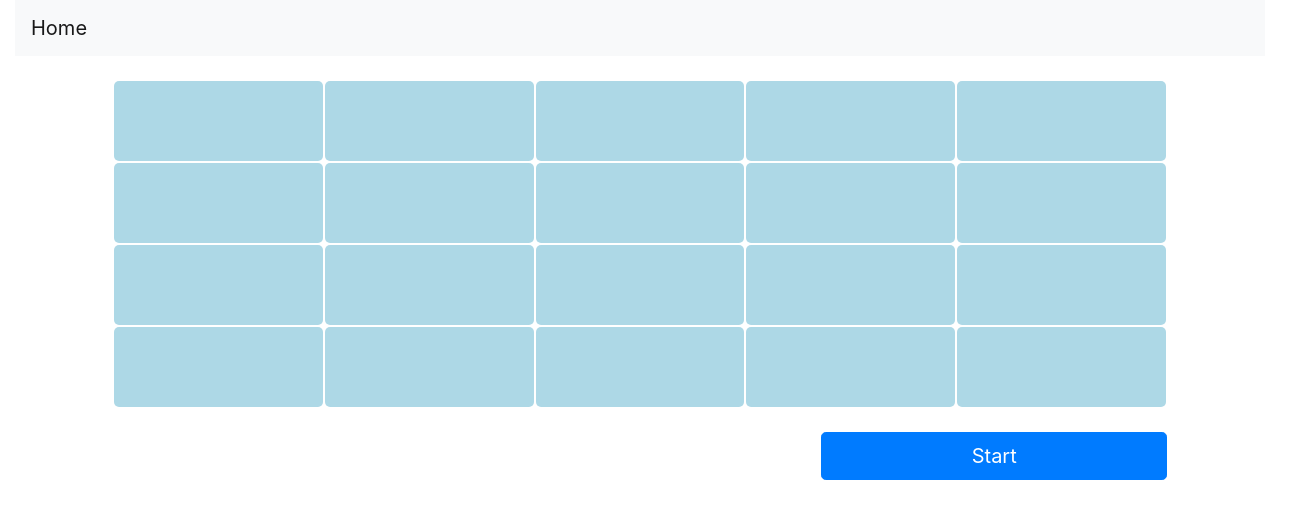
Repository: chrisrees85/memory-block
Page: hard.html
The author's editor kept a record of every edit. The page is drawn from the files as they stood at one moment, then again after the next edit.
The browser window is 1280 px wide. The page is 1295 px wide, so the pictures cover 1295 px, including what lies to the right of the window. The pictures show the whole page.

Above is the page before.

### hard.html
<!DOCTYPE html>
<html lang="en">

<head>
    <meta charset="UTF-8">
    <meta name="viewport" content="width=device-width, initial-scale=1.0">
    <meta http-equiv="X-UA-Compatible" content="ie=edge">
    <title>Memory Block</title>
    <link rel="stylesheet" href="https://stackpath.bootstrapcdn.com/bootstrap/4.3.1/css/bootstrap.min.css" integrity="sha384-ggOyR0iXCbMQv3Xipma34MD+dH/1fQ784/j6cY/iJTQUOhcWr7x9JvoRxT2MZw1T" crossorigin="anonymous">
    <link rel="stylesheet" href="assets/css/style.css" type="text/css" />
</head>

<body>
    <div class="container-fluid">
        <nav class="navbar navbar-light bg-light">
            <a class="navbar-brand" href="index.html">Home</a>
        </nav>
    </div>
    </br>
        <div class="board">
            <div class="row">
                <div class="col tiles"></div>
                <div class="col tiles"></div>
                <div class="col tiles"></div>
                <div class="col tiles"></div>
                <div class="col tiles"></div>
            </div>
            <div class="row">
                <div class="col tiles"></div>
                <div class="col tiles"></div>
                <div class="col tiles"></div>
                <div class="col tiles"></div>
                <div class="col tiles"></div>
            </div>
            <div class="row">
                <div class="col tiles"></div>
                <div class="col tiles"></div>
                <div class="col tiles"></div>
                <div class="col tiles"></div>
                <div class="col tiles"></div>
            </div>
            <div class="row">
                <div class="col tiles"></div>
                <div class="col tiles"></div>
                <div class="col tiles"></div>
                <div class="col tiles"></div>
                <div class="col tiles"></div>
            </div>
        </div>
        </br>
        <div class="row btn-right">

            <div id="btn"></div>

        </div>
    </div>

    <div class="modal fade" id="exampleModal" tabindex="-1" role="dialog" aria-labelledby="exampleModalLabel" aria-hidden="true">
        <div class="modal-dialog" role="document">
            <div class="modal-content">
                <div class="modal-header">
                    <h5 class="modal-title" id="modal-head"></h5>
                    <button type="button" class="close" data-dismiss="modal" aria-label="Close">
          <span aria-hidden="true">&times;</span>
        </button>
                </div>
                <div class="modal-body" id='modal-text'>
                </div>
                <div class="modal-footer" id="modal-btn">
                    <button  type="button" class="btn btn-secondary" data-dismiss="modal">Try Again</button>
                </div>
            </div>
        </div>
    </div>


    <script src="https://code.jquery.com/jquery-3.3.1.slim.min.js" integrity="sha384-q8i/X+965DzO0rT7abK41JStQIAqVgRVzpbzo5smXKp4YfRvH+8abtTE1Pi6jizo" crossorigin="anonymous"></script>
    <script src="https://cdnjs.cloudflare.com/ajax/libs/popper.js/1.14.7/umd/popper.min.js" integrity="sha384-UO2eT0CpHqdSJQ6hJty5KVphtPhzWj9WO1clHTMGa3JDZwrnQq4sF86dIHNDz0W1" crossorigin="anonymous"></script>
    <script src="https://stackpath.bootstrapcdn.com/bootstrap/4.3.1/js/bootstrap.min.js" integrity="sha384-JjSmVgyd0p3pXB1rRibZUAYoIIy6OrQ6VrjIEaFf/nJGzIxFDsf4x0xIM+B07jRM" crossorigin="anonymous"></script>
    <script type="text/javascript" src="assets/js/scripts.js"></script>
</body>

</html>

### assets/css/style.css
*{
  padding: 0;
  margin: 0;
  box-sizing: border-box;
}

.center{
    text-align: center;
}

.board{
  width:80vw;
  margin: auto;
}

.tiles{
  background-color: lightblue;
  height:80px;
  border-radius: 5px;
  margin:1px;
}

.btn-right{
  padding-right:10vw;
  float:right;
}

#btn,
#play-btn{
  width:27vw;
}

.green{
  background-color: green;
}

### assets/js/scripts.js
let tiles = Array.from(document.querySelectorAll('.tiles'));
let buttonDiv = document.getElementById('btn');
let tilesLength = tiles.length;
let score = 0;

// First function of the play button

function startButton() {
    buttonDiv.innerHTML = '<button type="button" class="btn btn-primary btn-lg" id="play-btn" onclick="onClick();">Start</button>';
}
startButton();

// Function performs when first button function is pressed

function onClick() {
    // Renders the button inactive so the user can't keep calling onClick function
    buttonDiv.innerHTML = '<button type="button" class="btn btn-primary btn-lg" id="play-btn">Timer Started</button>';

    // Countdown timer shown in the button text
    // Once time is up the buttons function changes to check users attempt
    let timeleft = 5;
    let countdownTimer = setInterval(function() {
        buttonDiv.innerHTML = '<button type="button" class="btn btn-primary btn-lg" id="play-btn"></button>';
        document.getElementById('play-btn').textContent = timeleft;
        timeleft -= 1;
        if (timeleft < 0) {
            clearInterval(countdownTimer);
            buttonDiv.innerHTML = '<button type="button" class="btn btn-primary btn-lg" id="play-btn" onclick="checkAttempt();" data-toggle="modal" data-target="#exampleModal">Check</button>';
        }
    }, 1000);

    // Shuffles the tiles array into a random order
    let i = tilesLength,
        rand, temp;
    while (--i > 0) {
        rand = Math.floor(Math.random() * (i + 1));
        temp = tiles[rand];
        tiles[rand] = tiles[i];
        tiles[i] = temp;
    }

    // Selects half of the shuffled array and adds the color class
    let bottomHalfTiles = tiles.slice(tilesLength / 2, tilesLength);
    bottomHalfTiles.forEach(function(i) {
        i.classList += (' green');
    });

    // Replaces the color class with an unused class after 6 seconds
    function clearBoard() {
        bottomHalfTiles.map(function(i) {
            i.classList.replace('green', 'in-play');
        });
    }
    setTimeout(clearBoard, 6000);
    console.log(tiles);

    // Activates the users ability to click and change the block color 6 seconds after the start button is pressed
    function allowUserClick() {
        tiles.forEach(function(i) {
            i.addEventListener('click', tileClicked);
        });

        function tileClicked() {
            this.classList.toggle('green');
        }
    }
    setTimeout(allowUserClick, 6000);
}


// Function checks the users answers on clicking the check button and displays a modal
function checkAttempt() {
    let modalBtn = document.getElementById('modal-btn');

    // Loops through the tiles array and increments 1 to the score if a condition is true
    function checkClasses() {
        tiles.forEach(function(it) {
            if ((it.classList.contains('in-play')) && (it.classList.contains('green'))) {
                score++;
            }
            else if ((it.classList.contains('tiles')) && (it.classList.contains('green')) && !(it.classList.contains('in-play'))) {
                score = tilesLength;
            }
        });
    }
    checkClasses();

    // Modal either gives a yes or no answer as to whether the user has succeeded
    if (score == tilesLength / 2) {
        document.getElementById('modal-head').textContent = ('CONGRATULATIONS');
        document.getElementById('modal-text').textContent = ('Your memory served you well');
        modalBtn.innerHTML = '<button type="button" class="btn btn-secondary" onclick="location.reload();">Play Again</button>';
    }else {
        document.getElementById('modal-head').textContent = ('OOPS, SORRY');
        document.getElementById('modal-text').textContent = ('Would you like to try again or Start New Game');
        modalBtn.innerHTML = '<button type="button" class="btn btn-secondary" data-dismiss="modal" onclick="reveal();">Reveal</button>';
    }
    // resets the score to 0 to keep the users attempt accurate
    score = 0;
}

function reveal(){
    revealStageTwo
    tiles.forEach(function(it){
        it.classList.remove('green');
    });
}

After the next edit:
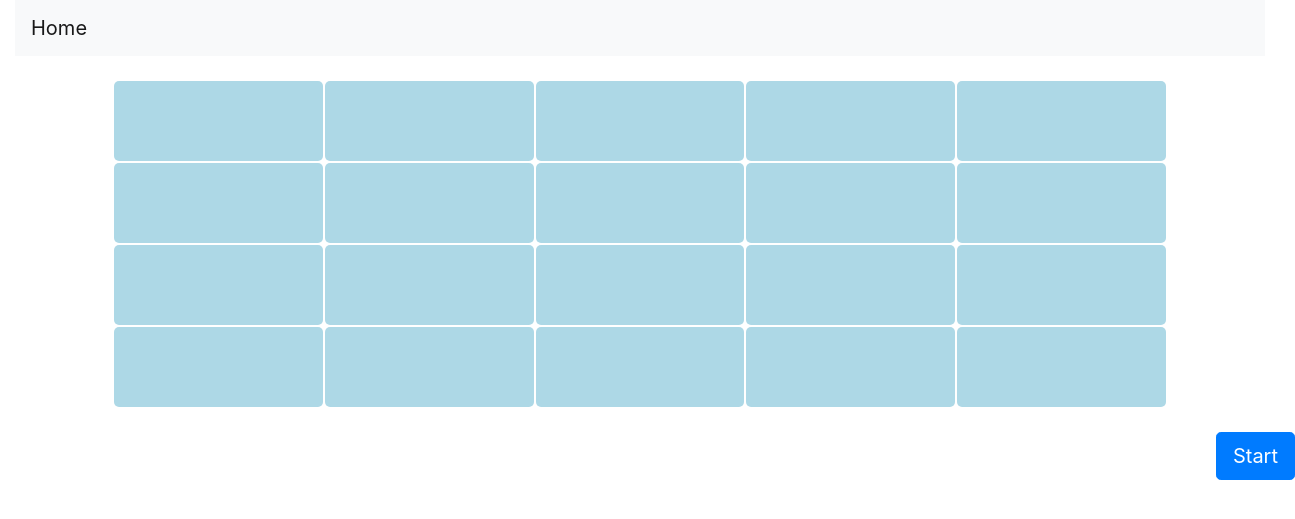
The edit:
--- a/assets/css/style.css
+++ b/assets/css/style.css
@@ -21,9 +21,19 @@
 }
 
 .btn-right{
-  padding-right:10vw;
   float:right;
 }
+
+.btn-easy{
+
+}
+
+.btn-med{
+
+}
+
+.btn-hard[
+]
 
 #btn,
 #play-btn{

After the 2 edits that followed:
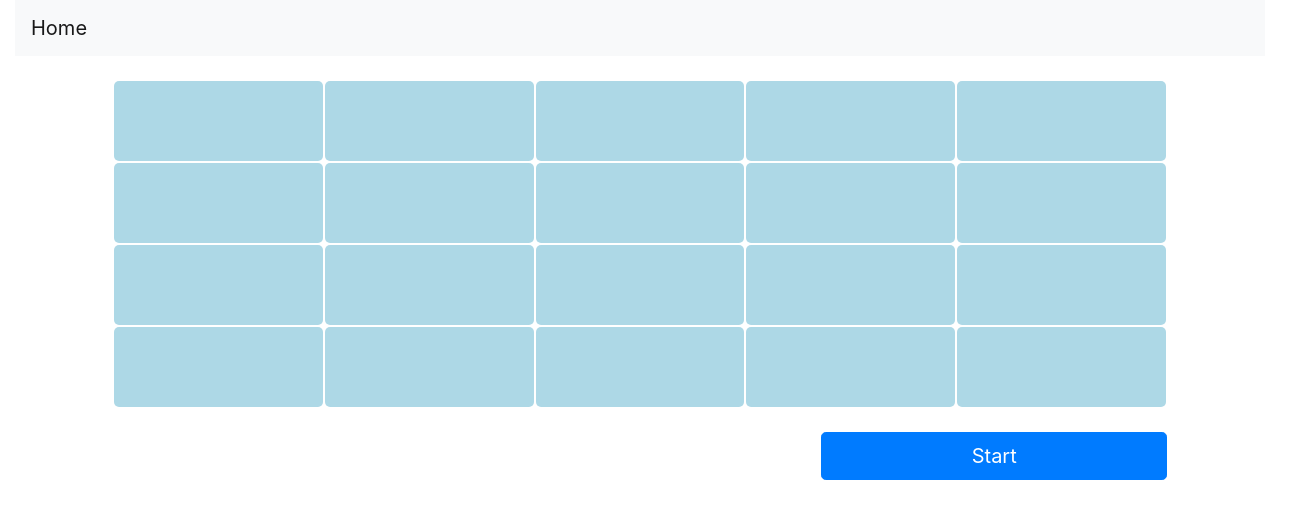
The 2 edits are shown as one change because 1 left the picture as it was.
The edit:
--- a/assets/css/style.css
+++ b/assets/css/style.css
@@ -21,19 +21,9 @@
 }
 
 .btn-right{
+  padding-right:10vw;
   float:right;
 }
-
-.btn-easy{
-
-}
-
-.btn-med{
-
-}
-
-.btn-hard[
-]
 
 #btn,
 #play-btn{
@@ -43,3 +33,7 @@
 .green{
   background-color: green;
 }
+
+.modal-dialog{
+  padding-top:200px;
+}
